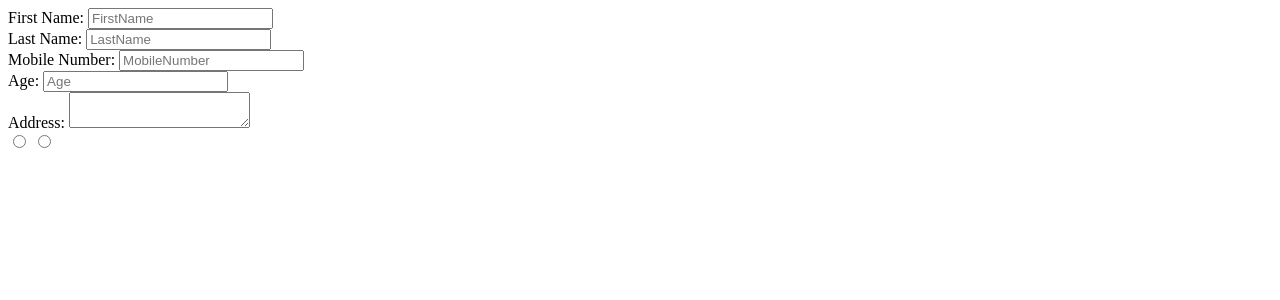
Repository: Ganesh281996/Ganesh
Page: BasicHtml/WebContent/Login.html
These files come from the project's save history. The page is drawn as it stood at one moment and after the next save; the edit follows.
The browser window is 1280 px wide. The pictures show the whole page.

Above is the page before, as saved 2018-03-27 11:55:07.

### BasicHtml/WebContent/Login.html
<!DOCTYPE html>
<html>
<head>
<meta charset="UTF-8">
<title>Insert title here</title>
</head>
<body>
<form action="">

First Name:	<input  id="FirstName" placeholder="FirstName"><br>
Last Name: <input id="LastName" placeholder="LastName"><br>
Mobile Number: <input id="Mobile" placeholder="MobileNumber"><br>
Age: <input id="Age" placeholder="Age"><br>
Address: <textarea id="Address" placeholder="Address">  </textarea><br>
<input type="radio" id="Gender" value="Male">
<input type="radio" id="Gender" value="Female">

</form>
</body>
</html>

After the next save:
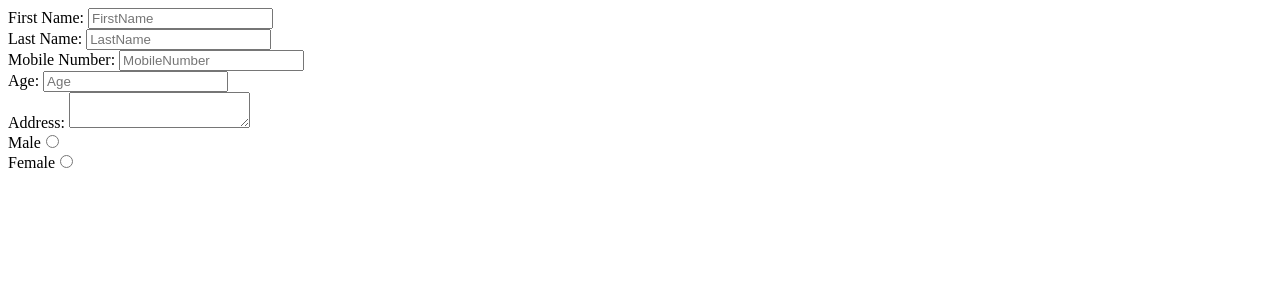
Saved 22 s later.
--- a/BasicHtml/WebContent/Login.html
+++ b/BasicHtml/WebContent/Login.html
@@ -12,8 +12,8 @@ Last Name: <input id="LastName" placeholder="LastName"><br>
 Mobile Number: <input id="Mobile" placeholder="MobileNumber"><br>
 Age: <input id="Age" placeholder="Age"><br>
 Address: <textarea id="Address" placeholder="Address">  </textarea><br>
-<input type="radio" id="Gender" value="Male">
-<input type="radio" id="Gender" value="Female">
+Male<input type="radio" id="Gender" value="Male"><br>
+Female<input type="radio" id="Gender" value="Female">
 
 </form>
 </body>
